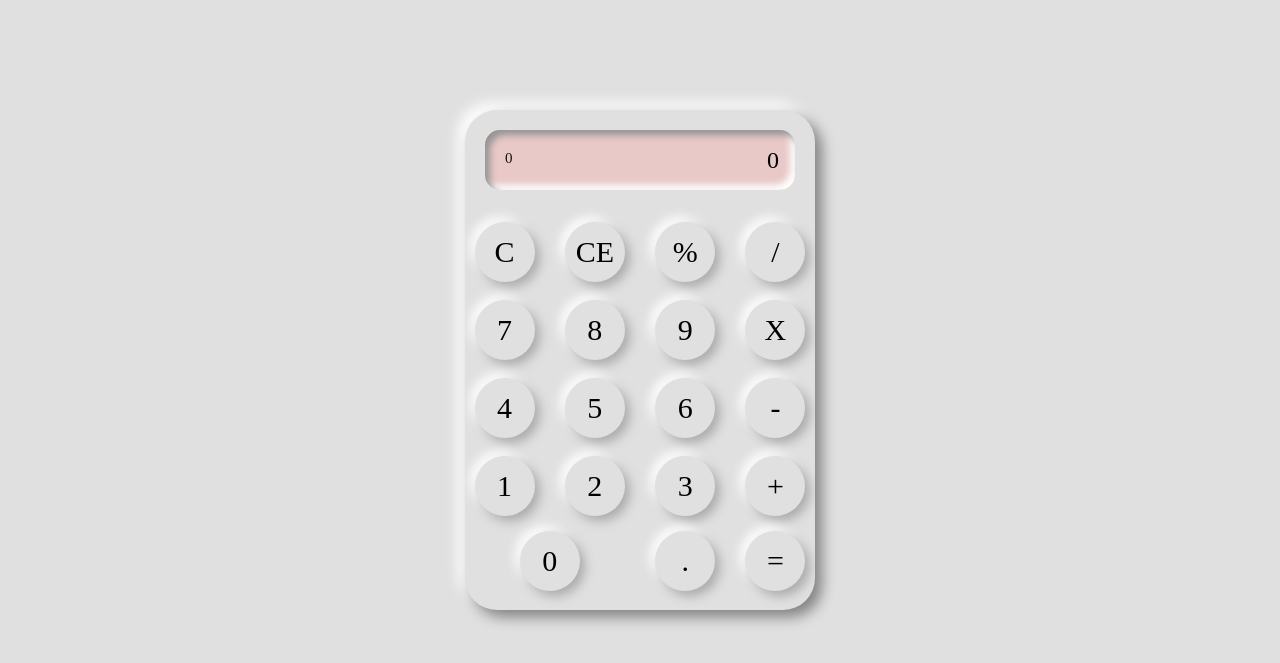
Repository: Goldmyn/Calculator
Page: index.html
An editor plug-in stored every save of this project. The page is shown before and after a run of saves, followed by the edit.
The browser window is 1280 px wide. The pictures show the whole page.

Above is the page before, as saved 2022-09-28 02:30:44.

### index.html
<!DOCTYPE html>
<html lang="en">
<head>
    <meta charset="UTF-8">
    <meta http-equiv="X-UA-Compatible" content="IE=edge">
    <meta name="viewport" content="width=device-width, initial-scale=1.0">
    <title>Calculator</title>
    <link rel="stylesheet" href="index.css">
</head>
<body>
    <header>

    </header>

    <section>
        <div class="container">
            <div class="calculator">
                <div class="display">
                    <div class="display_a">0</div>
                    <div class="border"> <div class="display-2">0</div> </div>
                </div>
                <div class="all_buttons">
                    <div class="button all_clear">C</div>
                    <div class="button last_entity_clear">CE</div>
                    <div class="button operation">%</div>
                    <div class="button operation">/</div>
                    <div class="button number">7</div>
                    <div class="button number">8</div>
                    <div class="button number">9</div>
                    <div class="button operation">X</div>
                    <div class="button number">4</div>
                    <div class="button number">5</div>
                    <div class="button number">6</div>
                    <div class="button operation">-</div>
                    <div class="button number">1</div>
                    <div class="button number">2</div>
                    <div class="button number">3</div>
                    <div class="button operation">+</div>
                    <div class="button btn-0 number">0</div>
                    <div class="button number dot">.</div>
                    <div class="button equal">=</div>
                </div>
            </div>
        </div>
    </section>
</body>
</html>

### index.css
* {
    padding: 0;
    margin: 0;
    box-sizing: border-box;
}
html {
    font-family: 'Gill Sans', 'Gill Sans MT', Calibri, 'Trebuchet MS', sans-serif';
}

section {
    background-color: #e0e0e0;
    min-height: 100vh;
    width: 100%;
    display: flex;
    align-items: center;
    justify-content: center;
}

.container {
    background-color: #e0e0e0;
    width: 90%;
    height: 500px;
    max-width: 350px;
    border-radius: 32px;
    background: #e0e0e0;
    box-shadow: 7px 7px 14px #828282, -7px -7px 14px #ffffff;
    overflow: hidden;
}

.display {
    height: 100px;
    width: 100%;
    text-align: right;
    padding: 20px;
    font-size: 30px;
    position: relative;
}

.display_a  {
    opacity: 0.9;
    font-size: 15px;
    height: 20px;
    overflow: hidden;
    position: absolute;
    bottom: 40px;
    left: 40px;
}

.border {
    background-color: aqua;
    height: 60px;
    width: 100%;
    padding-right: 1rem;
    display: flex;
    align-items: center;
    justify-content: flex-end;
    border-radius: 15px;
    background: #e9c8c8;
    font-size: 24px;
    box-shadow: inset 5px 5px 7px #949494 , inset -5px -5px 7px #ffffff;
}

.all_buttons {
    color: rgb(0, 0, 0);
    display: grid;
    grid-template:
        repeat(4, minmax(67px, 1fr))
        / repeat(4, minmax(50px, 1fr));
    gap: 0.7rem;
    transform: translateY(0.5rem);
    place-items: center;
}

.button {
    display: inline-block;
    height: 60px;
    width: 60px;
    display: flex;
    align-items: center;
    justify-content: center;
    font-size: 30px;
    cursor: pointer;
    border-radius: 100px;
    background: #e0e0e0;
    box-shadow: 5px 5px 11px #aaaaaa ,  -5px -5px 11px #ffffff;
}

.button:hover {
    background-color: rgb(30, 43, 46);
    color: white;
}

.btn-0 {
    grid-column: 1/3;
}

After the next 2 saves:
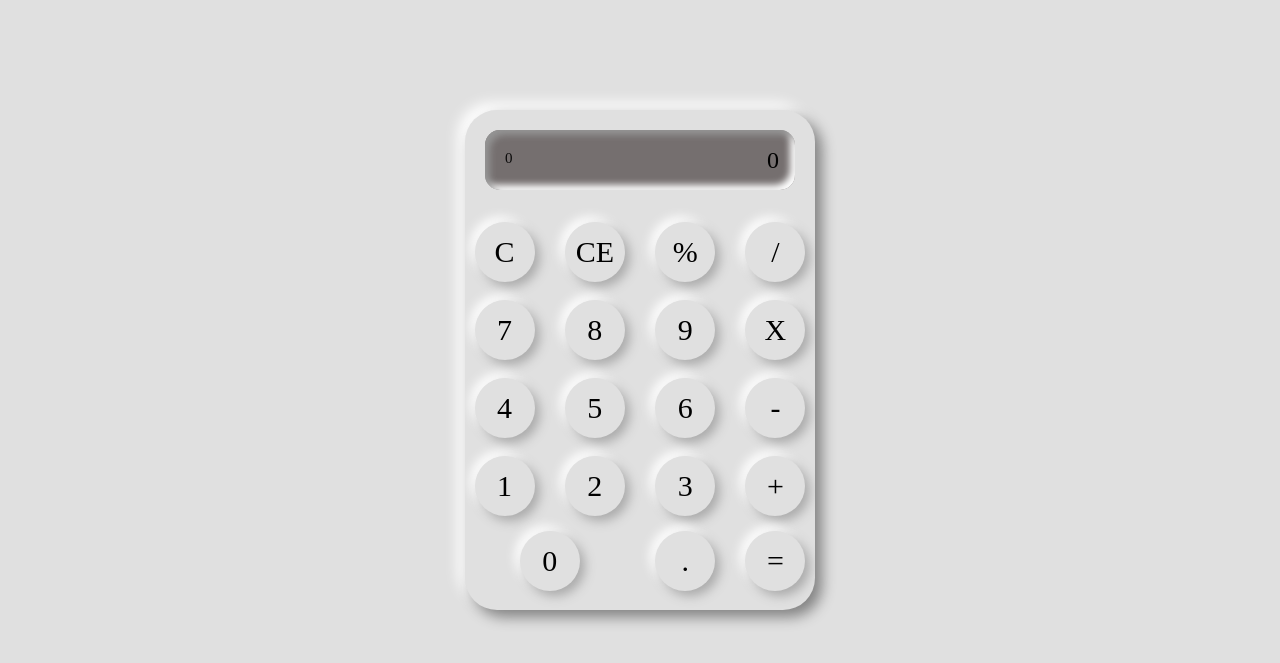
The 2 saves are shown as one change because they came seconds apart.
The last was saved 7 s later.
--- a/index.css
+++ b/index.css
@@ -55,7 +55,7 @@ section {
     align-items: center;
     justify-content: flex-end;
     border-radius: 15px;
-    background: #e9c8c8;
+    background: #756f6f;
     font-size: 24px;
     box-shadow: inset 5px 5px 7px #949494 , inset -5px -5px 7px #ffffff;
 }
